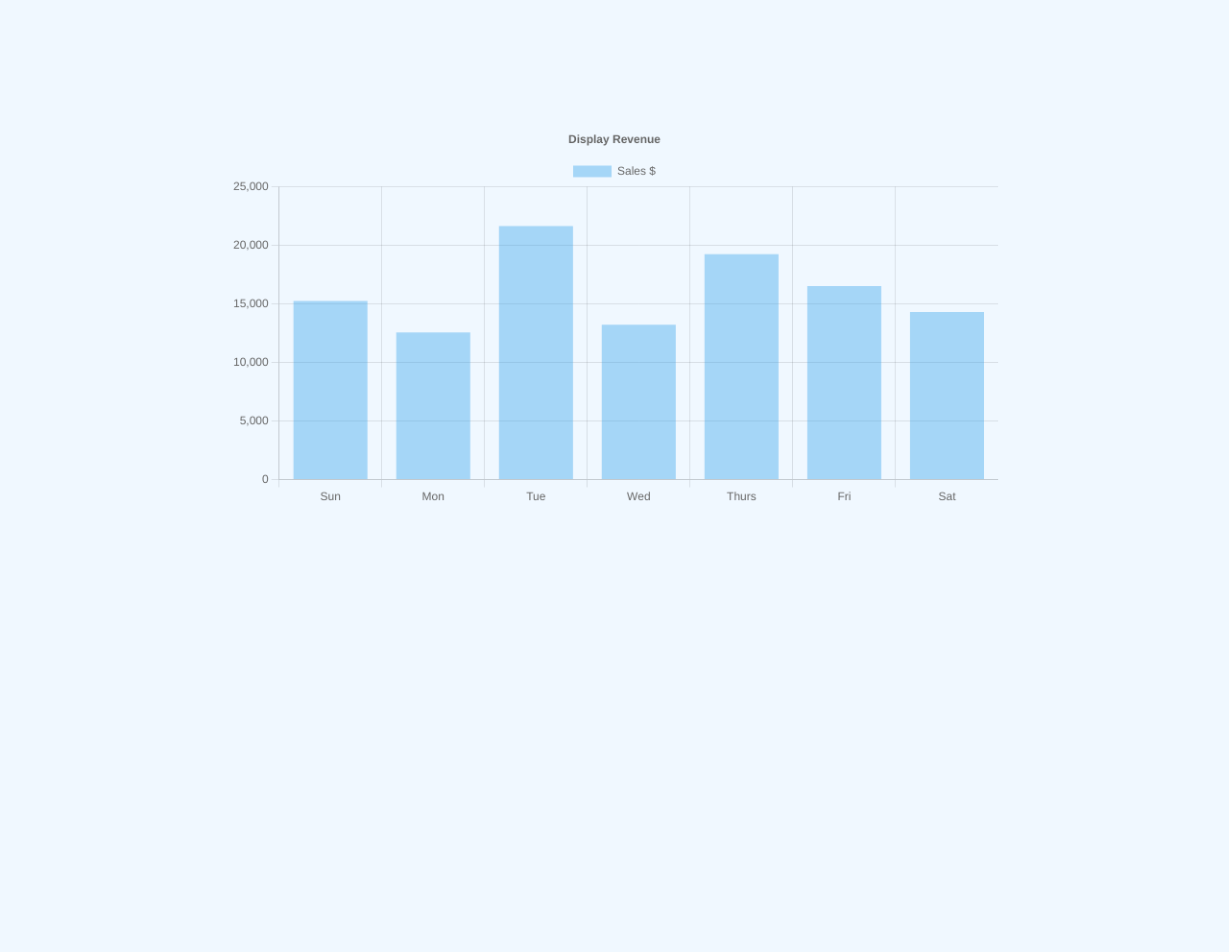
Repository: RonanKhalilOlaes/Week-12-chartActivity
Page: /
The author's editor kept a copy of each file at every save. The page is drawn from the files as they stood at one save, then again after the next save.
The browser window is 1280 px wide. The pictures show the whole page, at 96% of full size.
The project was rebuilt for these pictures with package versions that can differ from the ones it lists, and the page was loaded fresh each time. The framework's server and built-in components were replaced by stand-ins that run in the browser. Also part of the build but not shown: next.config.js.

Above is the page before, as saved 2023-03-20 10:43:22.

After the next save:
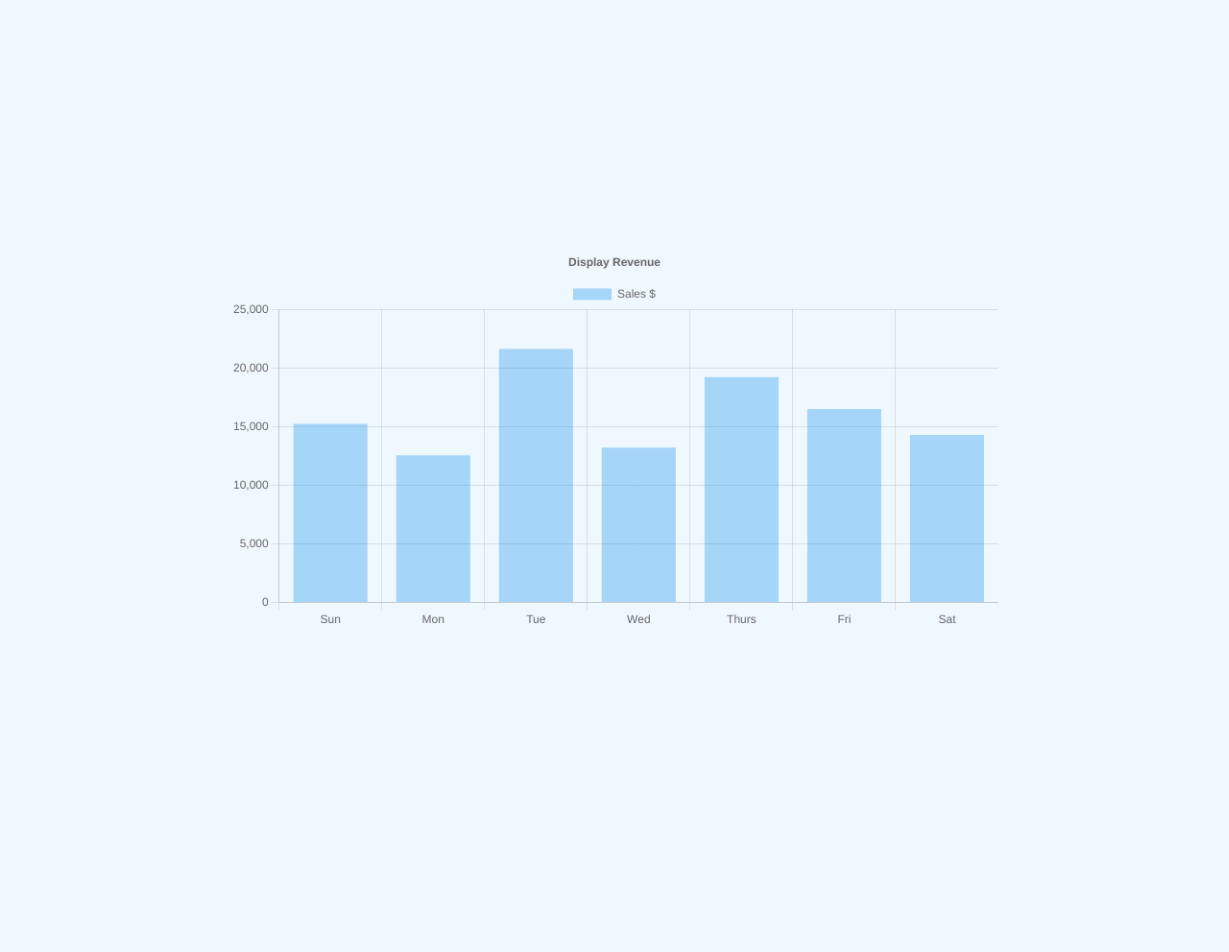
Saved 7 s later.
--- a/components/BarChart/BarChart.module.css
+++ b/components/BarChart/BarChart.module.css
@@ -1,5 +1,5 @@
 .container {
-    padding-top: 2em;
+    padding-top: 10em;
     width: 800px;
     height: 800px;
 }
